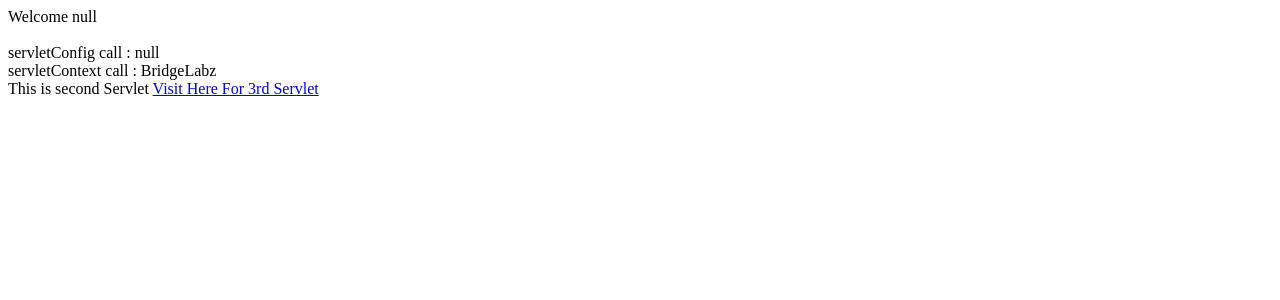
Repository: sunil965/JDBC-Servlet-JSP
Page: http://localhost/SERVLETS/servlet2
The author's editor kept a copy of each file at every save. The page is drawn from the files as they stood at one save, then again after the next save.
The browser window is 1280 px wide. The pictures show the whole page.
The page is served by Tomcat 9.

Above is the page before, as saved 2017-04-27 12:37:37.

After the next save:
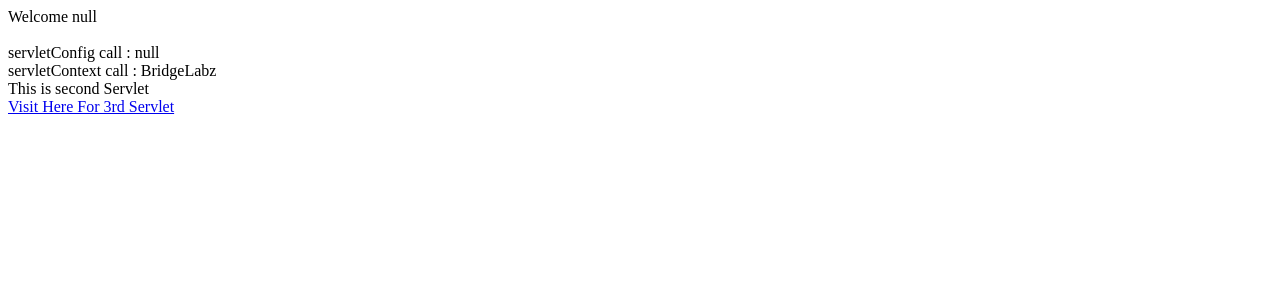
Saved 104 s later.
--- a/SERVLETS/src/com/controller/servlets/ServletTwo.java
+++ b/SERVLETS/src/com/controller/servlets/ServletTwo.java
@@ -34,7 +34,7 @@ public class ServletTwo extends HttpServlet {
 		     ServletContext context = getServletContext();
 			 context.setAttribute("reference", "Servlet Context Value");
 
-			 out.println("This is second Servlet");
+			 out.println("This is second Servlet<br>");
 			 out.println("<a href = 'servlet3'>Visit Here For 3rd Servlet</a>");
 
 			/*		// SendREdirect DEMO.
